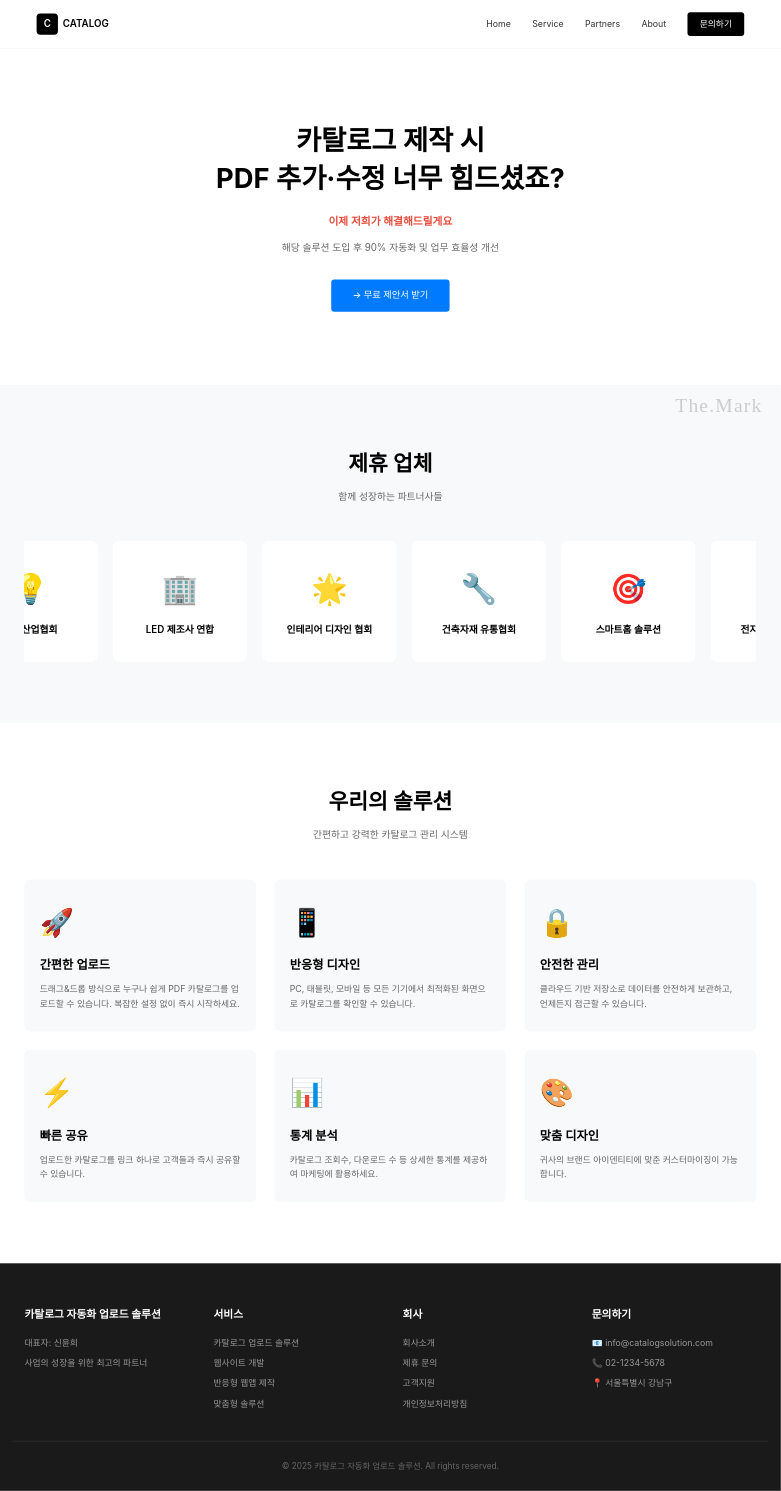
Repository: ororso11/catamaster
Page: index.html
An editor plug-in stored every save of this project. The page is shown before and after the next save, followed by the edit.
The browser window is 1280 px wide. The pictures show the whole page, at 61% of full size.

Above is the page before, as saved 2025-10-04 22:41:46.

After the next save:
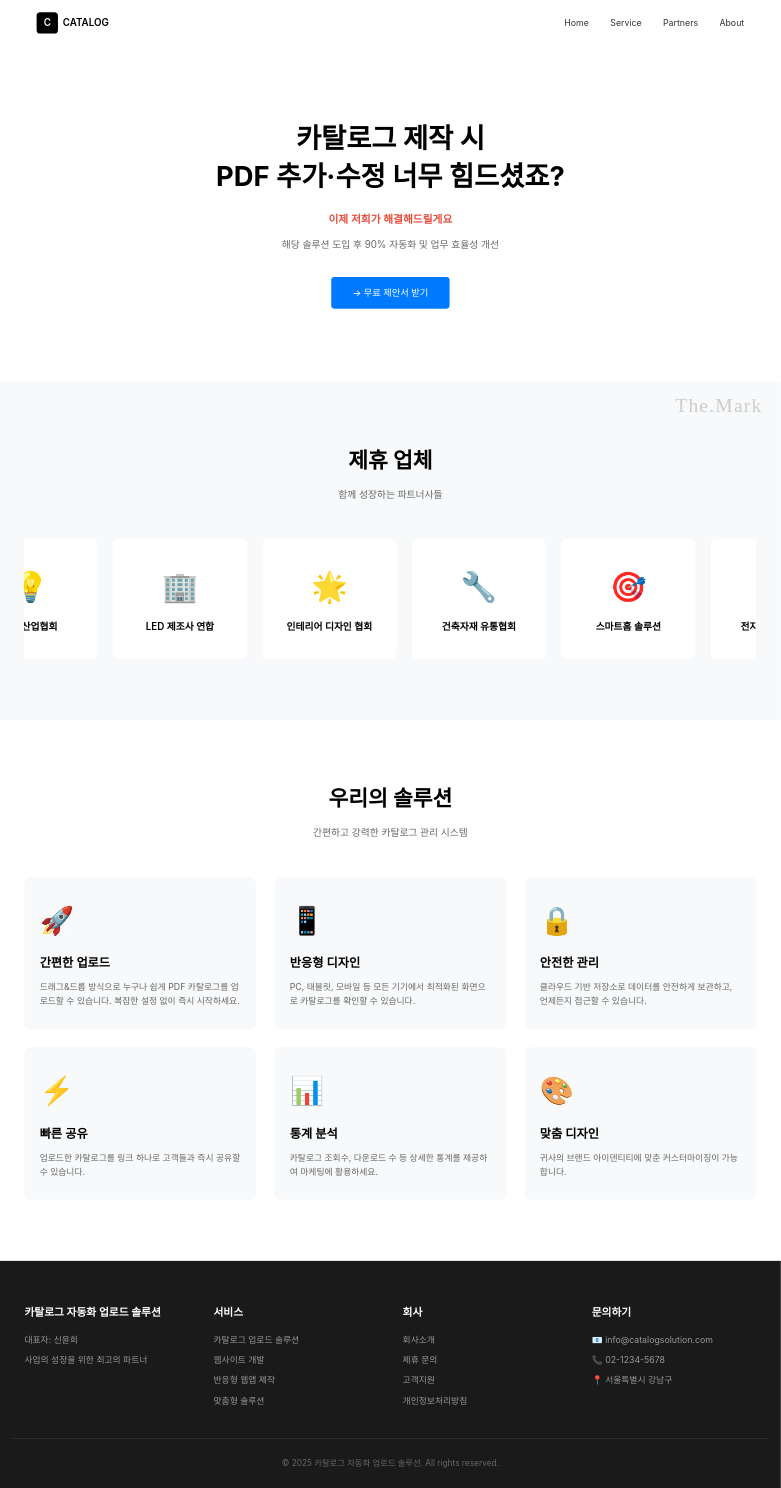
Saved 4 min 5 s later.
--- a/index.html
+++ b/index.html
@@ -19,7 +19,6 @@
                 <a href="#solutions">Service</a>
                 <a href="#partners">Partners</a>
                 <a href="#contact">About</a>
-                <a href="#contact" class="contact-btn">문의하기</a>
             </nav>
             <button class="mobile-menu-btn" onclick="toggleMenu()">☰</button>
         </div>
